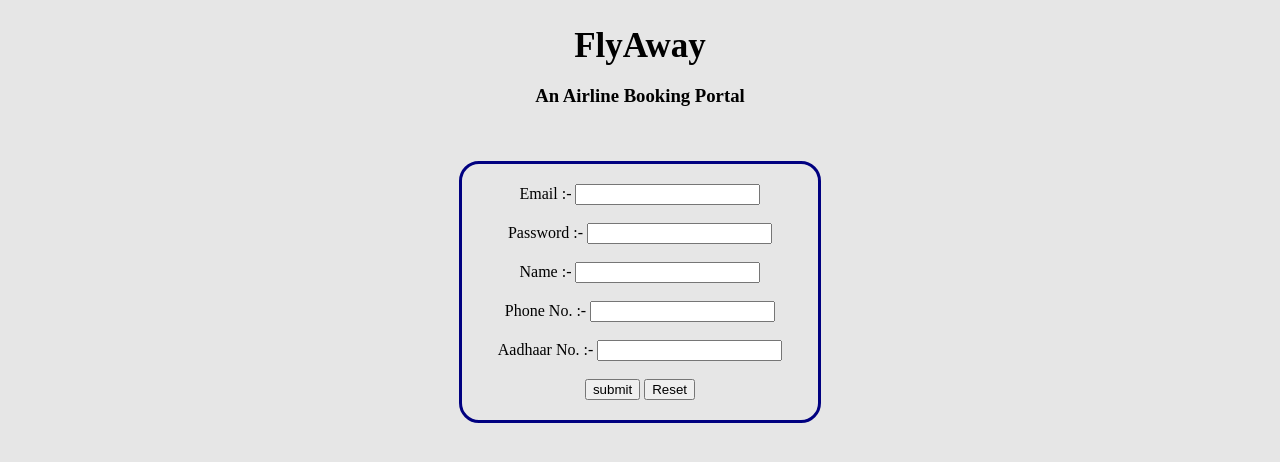
Repository: badrilogaram/Phase-two-project
Page: http://localhost/FlyAway-master/ChangePassword.jsp
The author's editor kept a copy of each file at every save. The page is drawn from the files as they stood at one save, then again after the next save.
The browser window is 1280 px wide. The pictures show the whole page.
The page is served by Tomcat 9.

Above is the page before, as saved 2021-05-28 23:12:26.

After the next save:
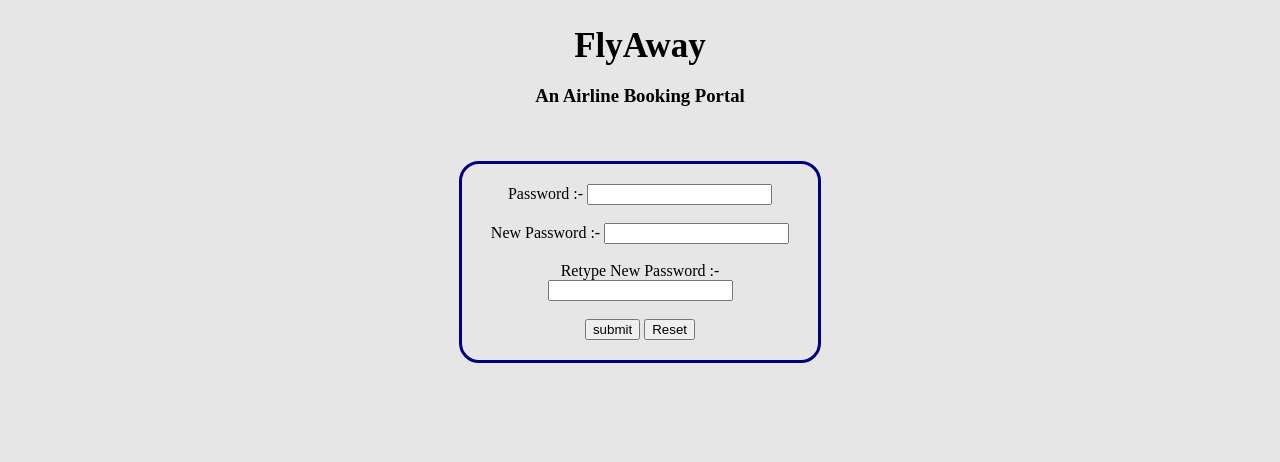
Saved 71 s later.
--- a/FlyAway-master/src/main/webapp/ChangePassword.jsp
+++ b/FlyAway-master/src/main/webapp/ChangePassword.jsp
@@ -17,11 +17,9 @@
 <center>
 <div style="border:3px solid Navy;width:25%;border-radius:20px;padding:20px">
 <form action=UserRegistration method=post>
-	<label for=email>Email :-</label> <input type="email" name=email id=email /><br><br>
 	<label for=pass>Password :-</label> <input type="password" name=password id=pass /><br><br>
-	<label for=name>Name :-</label> <input type="text" name=name id=name /><br><br>
-	<label for=phno>Phone No. :-</label> <input type="text" name=phno id=phno /><br><br>
-	<label for=adno>Aadhaar No. :-</label> <input type="text" name=adno id=adno /><br><br>
+	<label for=name>New Password :-</label> <input type="text" name=name id=name /><br><br>
+	<label for=phno>Retype New Password :-</label> <input type="text" name=phno id=phno /><br><br>
 	<input type=submit value=submit /> <input type=reset />
 </form>
 </div>
